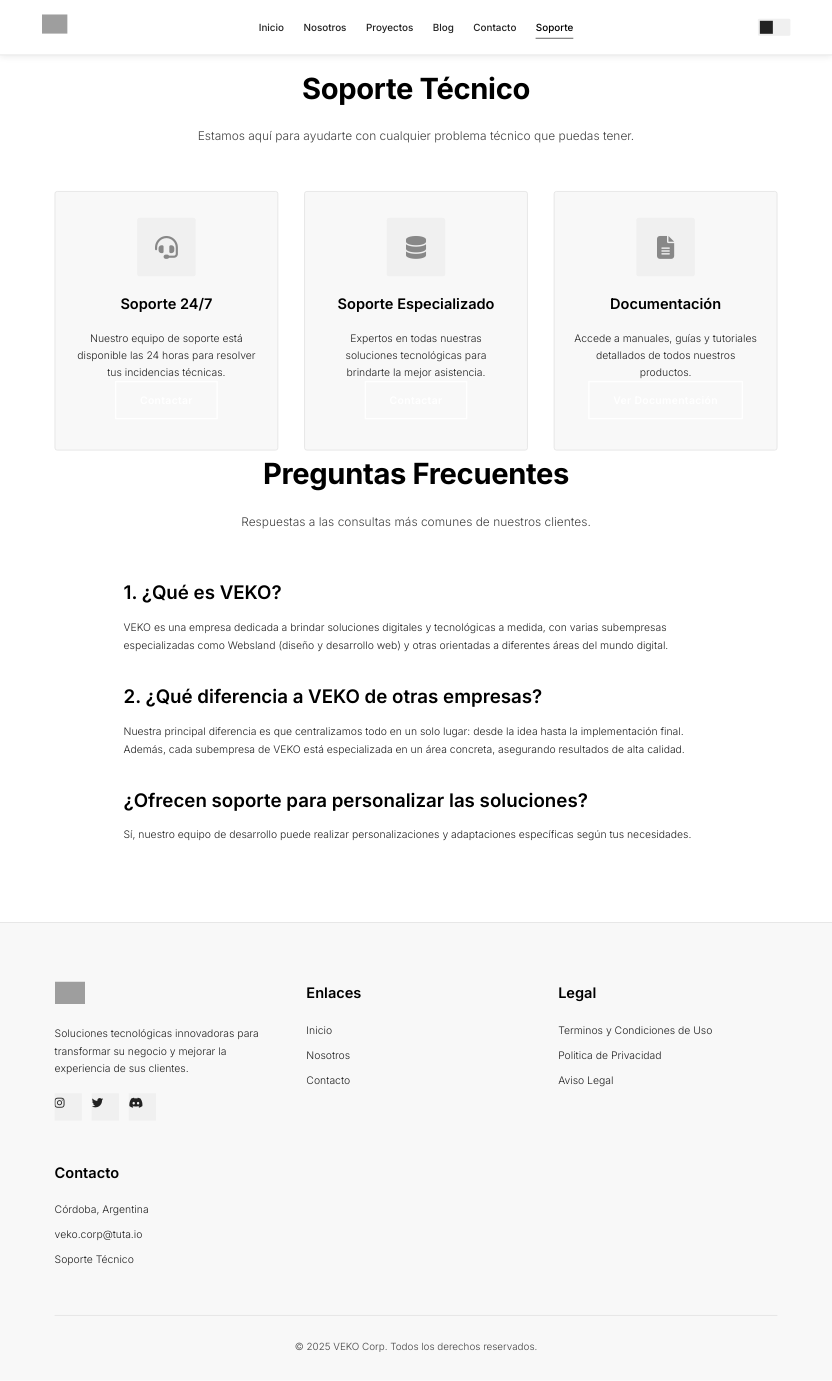
Repository: VEKO-Corp/veko-web
Page: soporte.html
The author's editor kept a copy of each file at every save. The page is drawn from the files as they stood at one save, then again after the next save.
The browser window is 1280 px wide. The pictures show the whole page, at 65% of full size.
Pictures or frames that could not be fetched are drawn as grey boxes.

Above is the page before, as saved 2025-08-11 21:48:22.

### soporte.html
<!DOCTYPE html>
<html lang="es">
<head>
    <meta charset="UTF-8">
    <meta name="viewport" content="width=device-width, initial-scale=1.0">
    <title>Soporte - VEKO</title>
    <link href="https://fonts.googleapis.com/css2?family=Inter:wght@300;400;500;600;700&display=swap" rel="stylesheet">
    <link rel="stylesheet" href="css/style.css">
    <link rel="stylesheet" href="https://cdnjs.cloudflare.com/ajax/libs/font-awesome/6.4.0/css/all.min.css">
</head>
<body>
    <header>
        <div class="container header-container">
            <a href="index.html" class="logo">
                <img id="logo-image" src="img/logo-light.png" alt="VEKO">
            </a>
            <button class="mobile-menu-btn">☰</button>
            <nav>
                <ul>
                    <li><a href="index.html">Inicio</a></li>
                    <li><a href="nosotros.html">Nosotros</a></li>
                    <li><a href="proyectos.html">Proyectos</a></li>
                    <li><a href="blog.html">Blog</a></li>
                    <li><a href="contacto.html">Contacto</a></li>
                    <li><a href="soporte.html" class="active">Soporte</a></li>
                </ul>
            </nav>
            <div class="theme-toggle" id="themeToggle" aria-label="Cambiar tema">
                <div class="switch-handle"></div>
            </div>
        </div>
    </header>

    <section class="content-section">
        <div class="container">
            <div class="section-title">
                <h2>Soporte Técnico</h2>
                <p>Estamos aquí para ayudarte con cualquier problema técnico que puedas tener.</p>
            </div>

            <div class="services-grid">
                <div class="service-card fade-in">
                    <div class="service-icon"><i class="fas fa-headset"></i></div>
                    <h3>Soporte 24/7</h3>
                    <p>Nuestro equipo de soporte está disponible las 24 horas para resolver tus incidencias técnicas.</p>
                    <a href="contacto.html" class="btn">Contactar</a>
                </div>

                <div class="service-card fade-in delay-1">
                    <div class="service-icon"><i class="fas fa-database"></i></div>
                    <h3>Soporte Especializado</h3>
                    <p>Expertos en todas nuestras soluciones tecnológicas para brindarte la mejor asistencia.</p>
                    <a href="contacto.html" class="btn">Contactar</a>
                </div>

                <div class="service-card fade-in delay-2">
                    <div class="service-icon"><i class="fas fa-file-alt"></i></div>
                    <h3>Documentación</h3>
                    <p>Accede a manuales, guías y tutoriales detallados de todos nuestros productos.</p>
                    <a href="#" class="btn">Ver Documentación</a>
                </div>
            </div>

            <div class="section-title">
                <h2>Preguntas Frecuentes</h2>
                <p>Respuestas a las consultas más comunes de nuestros clientes.</p>
            </div>

            <div class="content-container">
                <h3>1. ¿Qué es VEKO?</h3>
                <p>VEKO es una empresa dedicada a brindar soluciones digitales y tecnológicas a medida, con varias subempresas especializadas como Websland (diseño y desarrollo web) y otras orientadas a diferentes áreas del mundo digital.</p>

                <h3>2. ¿Qué diferencia a VEKO de otras empresas?</h3>
                <p>Nuestra principal diferencia es que centralizamos todo en un solo lugar: desde la idea hasta la implementación final. Además, cada subempresa de VEKO está especializada en un área concreta, asegurando resultados de alta calidad.</p>

                <h3>¿Ofrecen soporte para personalizar las soluciones?</h3>
                <p>Sí, nuestro equipo de desarrollo puede realizar personalizaciones y adaptaciones específicas según tus necesidades.</p>
            </div>
        </div>
    </section>

    <footer>
        <div class="container">
            <div class="footer-content">
                <div class="footer-column fade-in">
                    <div class="logo-footer">
                        <img id="footer-logo" src="img/logo-light.png" alt="VEKO">
                    </div>
                    <p>Soluciones tecnológicas innovadoras para transformar su negocio y mejorar la experiencia de sus clientes.</p>
                    <div class="social-icons">
                        <a href="https://instagram.com" class="social-icon" target="_blank" rel="noopener">
                        <i class="fab fa-instagram"></i>
                        </a>
                        <a href="https://twitter.com" class="social-icon" target="_blank" rel="noopener">
                        <i class="fab fa-twitter"></i>
                        </a>
                        <a href="https://discord.gg/Fd7Y59jMyu" class="social-icon" target="_blank" rel="noopener">
                        <i class="fab fa-discord"></i>
                        </a>
                    </div>
                </div>

                <div class="footer-column fade-in delay-1">
                    <h3>Enlaces</h3>
                    <a href="index.html">Inicio</a>
                    <a href="nosotros.html">Nosotros</a>
                    <a href="contacto.html">Contacto</a>
                </div>

                <div class="footer-column fade-in delay-2">
                    <h3>Legal</h3>
                    <a href="terminos-y-condiciones-de-uso.html">Terminos y Condiciones de Uso</a>
                    <a href="politica-de-privacidad.html">Politica de Privacidad</a>
                    <a href="aviso-legal.html">Aviso Legal</a>
                </div>

                <div class="footer-column fade-in delay-3">
                    <h3>Contacto</h3>
                    <p>Córdoba, Argentina</p>
                    <p>veko.corp@tuta.io</p>
                    <a href="soporte.html">Soporte Técnico</a>
                </div>
            </div>

            <div class="footer-bottom fade-in delay-4">
                <p>&copy; 2025 VEKO Corp. Todos los derechos reservados.</p>
            </div>
        </div>
    </footer>

    <script src="js/script.js"></script>
</body>
</html>

### css/style.css
:root {
    /* Variables para modo claro */
    --bg-primary: #FFFFFF;
    --bg-secondary: #F8F8F8;
    --bg-tertiary: #F0F0F0;
    --text-primary: #000000;
    --text-secondary: #222222;
    --text-tertiary: #444444;
    --accent: #888888;
    --accent-light: #CCCCCC;
    --border: #DDDDDD;
    --button-bg: #222222;
    --button-text: #FFFFFF;
    --shadow: rgba(0, 0, 0, 0.08);
    --overlay: rgba(0, 0, 0, 0.5);
}

.dark-mode {
    /* Variables para modo oscuro */
    --bg-primary: #000000;
    --bg-secondary: #111111;
    --bg-tertiary: #1A1A1A;
    --text-primary: #FFFFFF;
    --text-secondary: #E0E0E0;
    --text-tertiary: #AAAAAA;
    --accent: #777777;
    --accent-light: #333333;
    --border: #333333;
    --button-bg: #EEEEEE;
    --button-text: #000000;
    --shadow: rgba(255, 255, 255, 0.05);
    --overlay: rgba(0, 0, 0, 0.7);
}

* {
    margin: 0;
    padding: 0;
    box-sizing: border-box;
    transition: background-color 0.4s ease, color 0.4s ease, border-color 0.4s ease, transform 0.4s cubic-bezier(0.25, 0.46, 0.45, 0.94);
}

body {
    font-family: 'Inter', sans-serif;
    background-color: var(--bg-primary);
    color: var(--text-primary);
    line-height: 1.65;
    overflow-x: hidden;
    -webkit-font-smoothing: antialiased;
    -moz-osx-font-smoothing: grayscale;
}

.container {
    width: 90%;
    max-width: 1280px;
    margin: 0 auto;
    padding: 0 20px;
}

/* Header y navegación */
header {
    position: fixed;
    top: 0;
    left: 0;
    width: 100%;
    background-color: var(--bg-primary);
    border-bottom: 1px solid var(--border);
    z-index: 1000;
    transition: all 0.4s ease;
    box-shadow: 0 2px 10px var(--shadow);
}

header.scrolled {
    box-shadow: 0 6px 20px var(--shadow);
}

.header-container {
    display: flex;
    justify-content: space-between;
    align-items: center;
    padding: 18px 0;
}

.logo {
    font-size: 1.8rem;
    font-weight: 700;
    color: var(--text-primary);
    text-decoration: none;
    letter-spacing: -0.5px;
}

.logo span {
    font-weight: 300;
}

/* Estilos para logos */
.header-container .logo img {
    height: 30px;
    width: auto;
    transition: all 0.4s ease;
}

.footer-column .logo-footer img {
    height: 35px;
    width: auto;
    margin-bottom: 25px;
}

nav ul {
    display: flex;
    list-style: none;
}

nav ul li {
    margin-left: 30px;
}

nav ul li a {
    color: var(--text-secondary);
    text-decoration: none;
    font-weight: 500;
    font-size: 0.95rem;
    position: relative;
    padding: 8px 0;
    transition: color 0.3s ease;
}

nav ul li a:after {
    content: '';
    position: absolute;
    bottom: 0;
    left: 0;
    width: 0;
    height: 2px;
    background-color: var(--accent);
    transition: width 0.4s cubic-bezier(0.22, 0.61, 0.36, 1);
}

nav ul li a:hover:after,
nav ul li a.active:after {
    width: 100%;
}

nav ul li a:hover,
nav ul li a.active {
    color: var(--text-primary);
}

.theme-toggle {
    position: relative;
    width: 50px;
    height: 26px;
    background-color: var(--bg-tertiary);
    border-radius: 2px;
    cursor: pointer;
    overflow: hidden;
    margin-left: 20px;
}

.switch-handle {
    position: absolute;
    top: 3px;
    left: 3px;
    width: 20px;
    height: 20px;
    background-color: var(--button-bg);
    transition: all 0.4s cubic-bezier(0.22, 0.61, 0.36, 1);
}

.dark-mode .switch-handle {
    transform: translateX(24px);
}

.mobile-menu-btn {
    display: none;
    background: none;
    border: none;
    font-size: 1.5rem;
    color: var(--text-primary);
    cursor: pointer;
    padding: 5px;
}

/* Banner principal */
.hero {
    height: 100vh;
    display: flex;
    align-items: center;
    background:
        linear-gradient(var(--overlay), var(--overlay)),
        url('data:[embedded picture, 230 characters]');
    background-size: cover;
    background-position: center;
    position: relative;
    margin-top: 80px;
}

.hero-content {
    max-width: 780px;
    color: white;
    transform: translateY(30px);
    opacity: 0;
    animation: fadeUp 1s forwards 0.3s;
}

.hero h1 {
    font-size: 4.2rem;
    font-weight: 700;
    margin-bottom: 25px;
    line-height: 1.15;
    letter-spacing: -0.5px;
}

.hero p {
    font-size: 1.3rem;
    margin-bottom: 40px;
    max-width: 650px;
    font-weight: 300;
}

/* Botones con animación de relleno */
.btn {
    display: inline-block;
    position: relative;
    background-color: transparent;
    color: var(--button-text);
    padding: 14px 36px;
    border-radius: 0;
    text-decoration: none;
    font-weight: 600;
    font-size: 1rem;
    letter-spacing: 0.5px;
    border: 2px solid var(--button-text);
    overflow: hidden;
    z-index: 1;
    transition: color 0.4s ease;
}

.btn:before {
    content: '';
    position: absolute;
    top: 0;
    left: 0;
    width: 0;
    height: 100%;
    background: var(--button-text);
    transition: width 0.5s cubic-bezier(0.22, 0.61, 0.36, 1);
    z-index: -1;
}

.btn:hover:before {
    width: 100%;
}

.btn:hover {
    color: var(--button-bg);
}

/* Secciones comunes */
section {
    padding: 120px 0;
}

.section-title {
    text-align: center;
    margin-bottom: 70px;
}

.section-title h2 {
    font-size: 2.8rem;
    font-weight: 700;
    margin-bottom: 20px;
    color: var(--text-primary);
    letter-spacing: -0.5px;
}

.section-title p {
    font-size: 1.15rem;
    color: var(--text-tertiary);
    max-width: 700px;
    margin: 0 auto;
    font-weight: 300;
}

/* Estilos para páginas de contenido (ej: aviso legal, política de privacidad) */
.content-section {
    padding: 100px 0;
}

.content-container {
    max-width: 900px;
    margin: 0 auto;
}

.content-container h1 {
    font-size: 2.8rem;
    margin-bottom: 30px;
    color: var(--text-primary);
    font-weight: 700;
    letter-spacing: -0.5px;
}

.content-container h2 {
    font-size: 2.2rem;
    margin: 50px 0 25px;
    color: var(--text-primary);
    font-weight: 600;
}

.content-container h3 {
    font-size: 1.8rem;
    margin: 40px 0 15px;
    color: var(--text-primary);
    font-weight: 600;
}

.content-container p {
    margin-bottom: 20px;
    color: var(--text-secondary);
    font-weight: 300;
    line-height: 1.8;
}

.content-container ul, .content-container ol {
    margin: 20px 0;
    padding-left: 30px;
}

.content-container li {
    margin-bottom: 10px;
    color: var(--text-secondary);
    font-weight: 300;
    line-height: 1.8;
}

.content-container a {
    color: var(--accent);
    text-decoration: none;
    transition: color 0.3s ease;
}

.content-container a:hover {
    color: var(--text-primary);
    text-decoration: underline;
}

/* Sección Nosotros */
.about-content {
    display: flex;
    gap: 60px;
    align-items: center;
}

.about-text {
    flex: 1;
}

.about-text h3 {
    font-size: 2rem;
    margin-bottom: 25px;
    color: var(--text-primary);
    font-weight: 600;
}

.about-text p {
    margin-bottom: 25px;
    color: var(--text-secondary);
    font-weight: 300;
}

.about-image {
    flex: 1;
    height: 460px;
    background-color: var(--bg-tertiary);
    display: flex;
    align-items: center;
    justify-content: center;
    color: var(--text-tertiary);
    border-radius: 4px;
    overflow: hidden;
    position: relative;
    box-shadow: 0 10px 30px var(--shadow);
}

.about-image:after {
    content: '';
    position: absolute;
    top: 0;
    left: 0;
    width: 100%;
    height: 100%;
    background: linear-gradient(45deg, rgba(0,0,0,0.05), rgba(0,0,0,0.1));
}

/* Sección Servicios */
.services-grid {
    display: grid;
    grid-template-columns: repeat(auto-fill, minmax(320px, 1fr));
    gap: 40px;
}

.service-card {
    background-color: var(--bg-secondary);
    border-radius: 4px;
    padding: 40px 30px;
    text-align: center;
    position: relative;
    overflow: hidden;
    border: 1px solid var(--border);
    transition: transform 0.4s ease, box-shadow 0.4s ease;
}

.service-card:hover {
    transform: translateY(-10px);
    box-shadow: 0 15px 40px var(--shadow);
}

.service-icon {
    width: 90px;
    height: 90px;
    background-color: var(--bg-tertiary);
    border-radius: 4px;
    margin: 0 auto 25px;
    display: flex;
    align-items: center;
    justify-content: center;
    color: var(--accent);
    font-size: 2.2rem;
    font-weight: 300;
    transition: transform 0.4s ease;
}

.service-card:hover .service-icon {
    transform: scale(1.1);
}

.service-card h3 {
    font-size: 1.4rem;
    margin-bottom: 20px;
    color: var(--text-primary);
    font-weight: 600;
}

.service-card p {
    color: var(--text-secondary);
    font-size: 1rem;
    font-weight: 300;
    max-width: 300px;
    margin: 0 auto;
}

/* Sección Equipo */
.team-grid {
    display: grid;
    grid-template-columns: repeat(auto-fill, minmax(260px, 1fr));
    gap: 35px;
    margin-top: 60px;
}

.team-member {
    background-color: var(--bg-secondary);
    border-radius: 4px;
    overflow: hidden;
    text-align: center;
    position: relative;
    box-shadow: 0 5px 20px var(--shadow);
    transition: transform 0.4s ease;
}

.team-member:hover {
    transform: translateY(-10px);
}

.member-photo {
    height: 280px;
    background-color: var(--bg-tertiary);
    display: flex;
    align-items: center;
    justify-content: center;
    color: var(--text-tertiary);
    font-size: 1.1rem;
    position: relative;
}

.member-photo:after {
    content: '';
    position: absolute;
    bottom: 0;
    left: 0;
    width: 100%;
    height: 40%;
    background: linear-gradient(to top, rgba(0,0,0,0.2), transparent);
}

.member-info {
    padding: 25px 20px;
}

.member-info h4 {
    font-size: 1.25rem;
    margin-bottom: 8px;
    color: var(--text-primary);
    font-weight: 600;
}

.member-info p {
    color: var(--accent);
    font-size: 0.95rem;
    font-weight: 400;
}

/* Footer */
footer {
    background-color: var(--bg-secondary);
    padding: 90px 0 40px;
    border-top: 1px solid var(--border);
}

.footer-content {
    display: grid;
    grid-template-columns: repeat(auto-fit, minmax(260px, 1fr));
    gap: 50px;
    margin-bottom: 60px;
}

.footer-column h3 {
    font-size: 1.4rem;
    margin-bottom: 25px;
    color: var(--text-primary);
    font-weight: 600;
}

.footer-column p, .footer-column a {
    color: var(--text-secondary);
    margin-bottom: 12px;
    display: block;
    text-decoration: none;
    transition: color 0.3s ease;
    font-weight: 300;
}

.footer-column a:hover {
    color: var(--text-primary);
}

.social-icons {
    display: flex;
    gap: 15px;
    margin-top: 25px;
}

.social-icon {
    width: 42px;
    height: 42px;
    border-radius: 0;
    background-color: var(--bg-tertiary);
    display: flex;
    align-items: center;
    justify-content: center;
    color: var(--text-primary);
    text-decoration: none;
    transition: all 0.4s ease;
    font-size: 1.1rem;
    position: relative;
    overflow: hidden;
    z-index: 1;
}

.social-icon:before {
    content: '';
    position: absolute;
    top: 0;
    left: 0;
    width: 0;
    height: 100%;
    background: var(--accent-light);
    transition: width 0.4s ease;
    z-index: -1;
}

.social-icon:hover:before {
    width: 100%;
}

.footer-bottom {
    text-align: center;
    padding-top: 35px;
    border-top: 1px solid var(--border);
    color: var(--text-tertiary);
    font-size: 0.95rem;
    font-weight: 300;
}

/* Animaciones */
@keyframes fadeUp {
    from {
        opacity: 0;
        transform: translateY(30px);
    }
    to {
        opacity: 1;
        transform: translateY(0);
    }
}

.fade-in {
    opacity: 0;
    transform: translateY(30px);
    transition: opacity 0.8s ease, transform 0.8s ease;
}

.fade-in.appear {
    opacity: 1;
    transform: translateY(0);
}

.delay-1 { transition-delay: 0.1s; }
.delay-2 { transition-delay: 0.2s; }
.delay-3 { transition-delay: 0.3s; }
.delay-4 { transition-delay: 0.4s; }
.delay-5 { transition-delay: 0.5s; }

/* Responsive */
@media (max-width: 1200px) {
    .hero h1 {
        font-size: 3.6rem;
    }
}

@media (max-width: 992px) {
    .hero h1 {
        font-size: 3.2rem;
    }

    .about-content {
        flex-direction: column;
    }

    .about-image {
        width: 100%;
        height: 380px;
    }

    section {
        padding: 90px 0;
    }

    .content-section {
        padding: 80px 0;
    }
}

@media (max-width: 768px) {
    .mobile-menu-btn {
        display: block;
    }

    nav {
        position: fixed;
        top: 80px;
        left: 0;
        width: 100%;
        background-color: var(--bg-primary);
        border-top: 1px solid var(--border);
        border-bottom: 1px solid var(--border);
        height: 0;
        overflow: hidden;
        transition: height 0.4s ease;
    }

    nav.active {
        height: auto;
        padding: 20px 0;
    }

    nav ul {
        flex-direction: column;
        align-items: center;
    }

    nav ul li {
        margin: 12px 0;
    }

    .hero h1 {
        font-size: 2.8rem;
    }

    .hero p {
        font-size: 1.15rem;
    }

    .section-title h2 {
        font-size: 2.4rem;
    }

    .content-section {
        padding: 70px 0;
    }

    .content-container h1 {
        font-size: 2.4rem;
    }

    .content-container h2 {
        font-size: 2rem;
    }

    .content-container h3 {
        font-size: 1.5rem;
    }
}

@media (max-width: 576px) {
    .hero h1 {
        font-size: 2.4rem;
    }

    .section-title h2 {
        font-size: 2rem;
    }

    .btn {
        padding: 12px 28px;
    }

    .content-container h1 {
        font-size: 2.1rem;
    }

    .content-container h2 {
        font-size: 1.8rem;
    }
}

/* Estilos para formulario de contacto */
.contact-form {
    display: flex;
    flex-direction: column;
    gap: 20px;
}

/* Estilos específicos para botones de formulario */
.contact-form .btn {
    background-color: var(--button-bg);
    color: var(--button-text);
    border: 2px solid var(--button-bg);
}

.contact-form .btn:hover {
    color: var(--button-bg);
    background-color: transparent;
}

.contact-form .btn:before {
    background: var(--button-text);
}

/* Estilos para información de contacto */
.contact-info-list {
    list-style: none;
    padding: 0;
    margin-top: 30px;
    width: 100%;
}

.contact-info-list li {
    display: flex;
    align-items: flex-start;
    margin-bottom: 25px;
    padding-bottom: 25px;
    border-bottom: 1px solid var(--border);
}

.contact-info-list li:last-child {
    margin-bottom: 0;
    padding-bottom: 0;
    border-bottom: none;
}

.contact-icon {
    width: 50px;
    height: 50px;
    background-color: var(--bg-tertiary);
    display: flex;
    align-items: center;
    justify-content: center;
    border-radius: 4px;
    margin-right: 15px;
    flex-shrink: 0;
}

.contact-icon i {
    font-size: 1.4rem;
    color: var(--accent);
}

.contact-detail {
    flex-grow: 1;
}

.contact-detail strong {
    display: block;
    font-weight: 600;
    color: var(--text-primary);
    margin-bottom: 5px;
}

.contact-detail p {
    margin: 0;
    color: var(--text-secondary);
}

.contact-info {
    flex: 1;
    background-color: var(--bg-secondary);
    padding: 40px;
    border-radius: 4px;
    box-shadow: 0 5px 20px var(--shadow);
}

.form-group {
    display: flex;
    flex-direction: column;
    gap: 8px;
}

.form-group label {
    font-weight: 500;
    color: var(--text-primary);
}

.form-group input,
.form-group textarea {
    padding: 12px 15px;
    border: 1px solid var(--border);
    background-color: var(--bg-primary);
    color: var(--text-primary);
    font-family: 'Inter', sans-serif;
    font-size: 1rem;
}

.form-group textarea {
    resize: vertical;
    min-height: 120px;
}

Loaded but not shown: js/script.js (119 lines, source omitted)

After the next save:
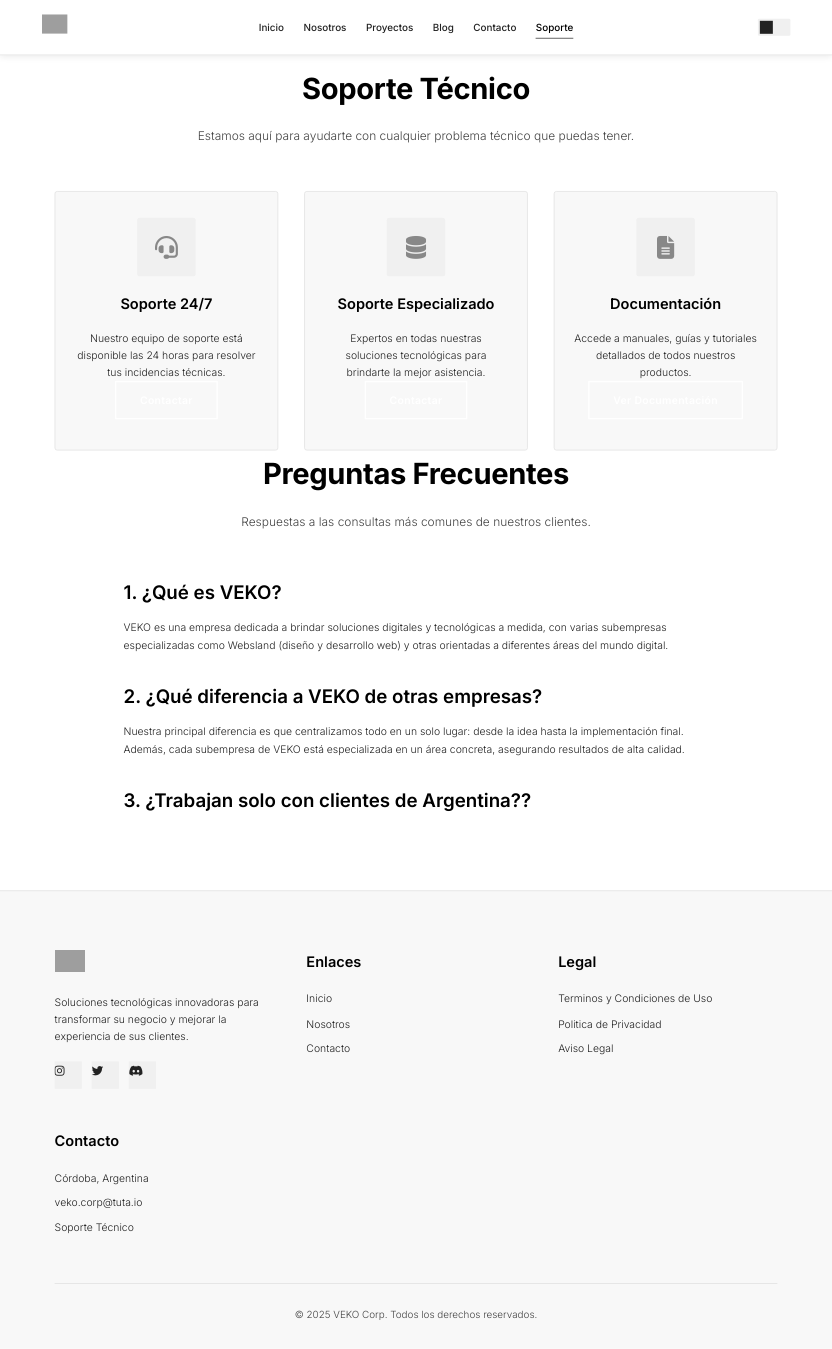
Saved 15 s later.
--- a/soporte.html
+++ b/soporte.html
@@ -73,8 +73,8 @@
                 <h3>2. ¿Qué diferencia a VEKO de otras empresas?</h3>
                 <p>Nuestra principal diferencia es que centralizamos todo en un solo lugar: desde la idea hasta la implementación final. Además, cada subempresa de VEKO está especializada en un área concreta, asegurando resultados de alta calidad.</p>
 
-                <h3>¿Ofrecen soporte para personalizar las soluciones?</h3>
-                <p>Sí, nuestro equipo de desarrollo puede realizar personalizaciones y adaptaciones específicas según tus necesidades.</p>
+                <h3>3. ¿Trabajan solo con clientes de Argentina??</h3>
+                <pNo. Atendemos clientes tanto a nivel nacional como internacional gracias a nuestras herramientas de trabajo remoto y comunicación online.</p>
             </div>
         </div>
     </section>
